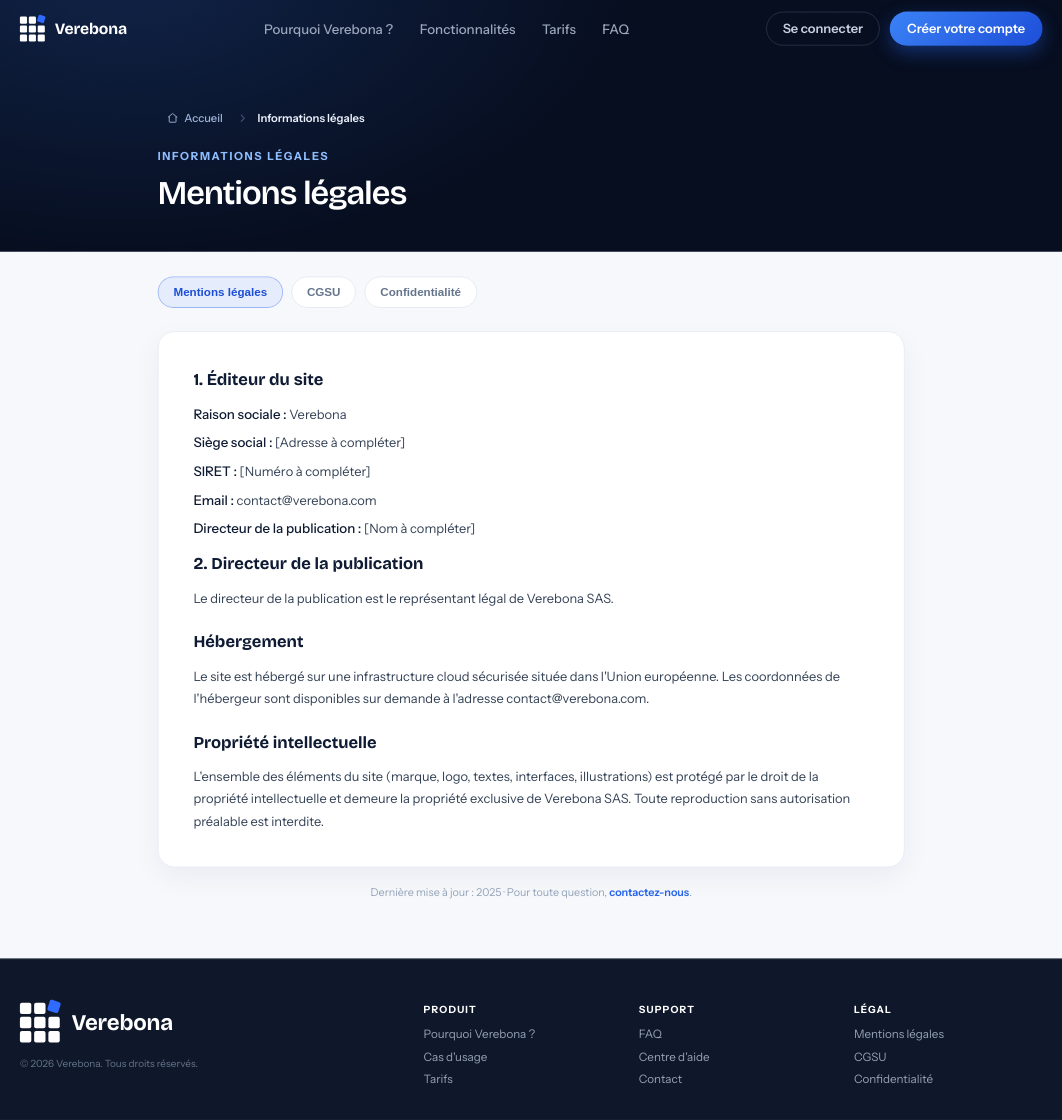
Repository: AdminVerebona/verebona-public
Page: /mentions-legales
An editor plug-in stored every save of this project. The page is shown before and after the next save, followed by the edit.
The browser window is 1280 px wide. The pictures show the whole page, at 83% of full size.
The project was rebuilt for these pictures with package versions that can differ from the ones it lists, and the page was loaded fresh each time. Also part of the build but not shown: next.config.mjs, vite.config.js, vite.config.ts, src/composables/useLanding.ts, src/sections/HeroSection.vue, src/sections/WhySection.vue, src/sections/UseCasesSection.vue, src/sections/FeaturesSection.vue and 6 more.

Above is the page before, as saved 2026-07-10 15:11:28.

After the next save:
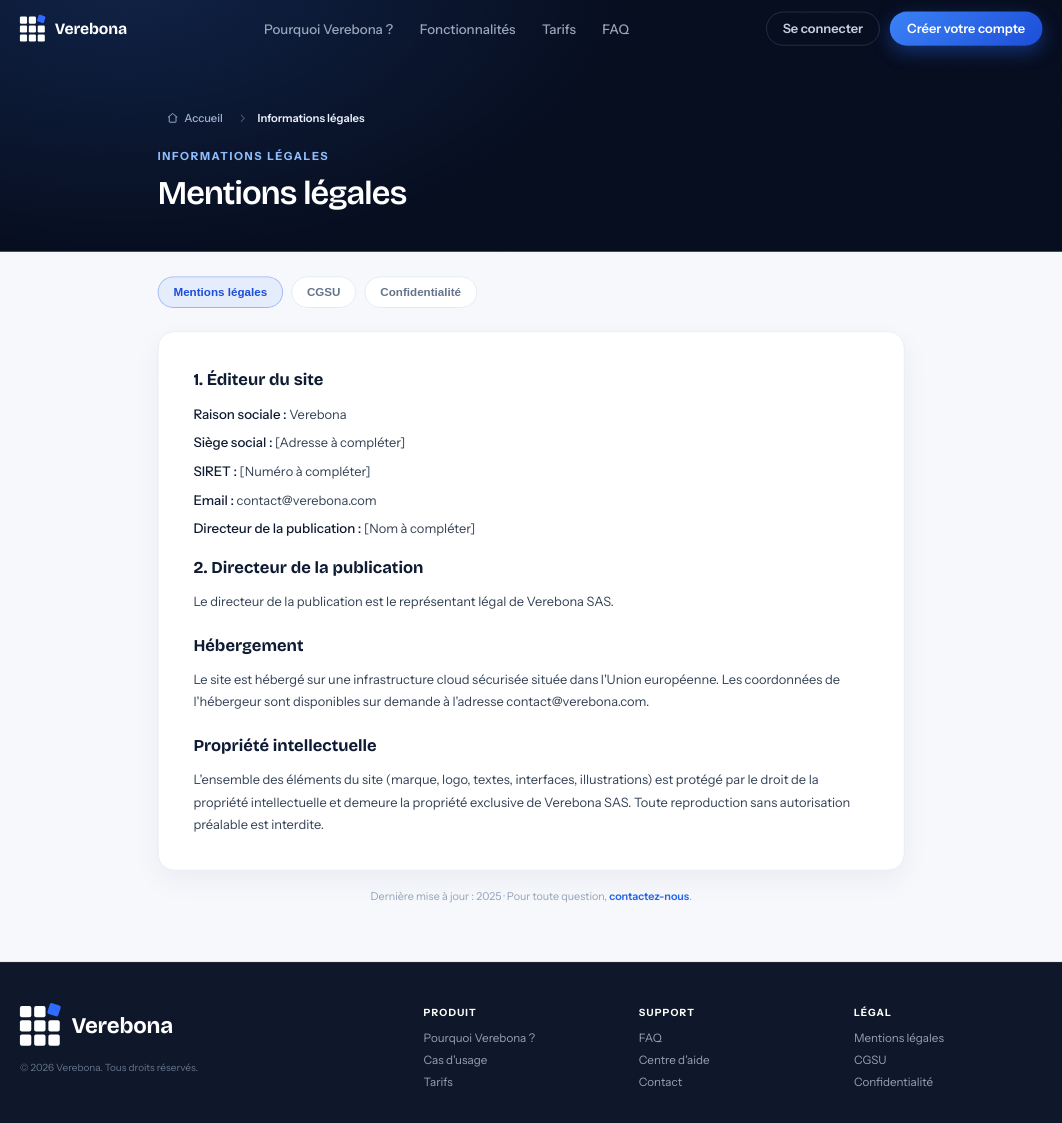
Saved 13 s later.
--- a/src/views/LegalView.vue
+++ b/src/views/LegalView.vue
@@ -22,7 +22,7 @@
           <p style="margin:0 0 6px"><span style="font-size:16px;font-weight:500;color:#0F1B33">Siège social :</span> [Adresse à compléter]</p>
           <p style="margin:0 0 6px"><span style="font-size:16px;font-weight:500;color:#0F1B33">SIRET :</span> [Numéro à compléter]</p>
           <p style="margin:0 0 6px"><span style="font-size:16px;font-weight:500;color:#0F1B33">Email :</span> contact@verebona.com</p>
-          <p style="margin:0 0 12px"><span style="font-size:16px;font-weight:500;color:#0F1B33">Directeur de la publication :</span> [Nom à compléter]</p>
+          <p style="margin:0 0 16px"><span style="font-size:16px;font-weight:500;color:#0F1B33">Directeur de la publication :</span> [Nom à compléter]</p>
           <h2 style="font-size:20px;font-weight:700;color:#0F1B33;font-family:'Bricolage Grotesque',sans-serif;margin:0 0 10px">2. Directeur de la publication</h2>
           <p style="margin:0 0 22px">Le directeur de la publication est le représentant légal de Verebona SAS.</p>
           <h2 style="font-size:20px;font-weight:700;color:#0F1B33;font-family:'Bricolage Grotesque',sans-serif;margin:0 0 10px">Hébergement</h2>
